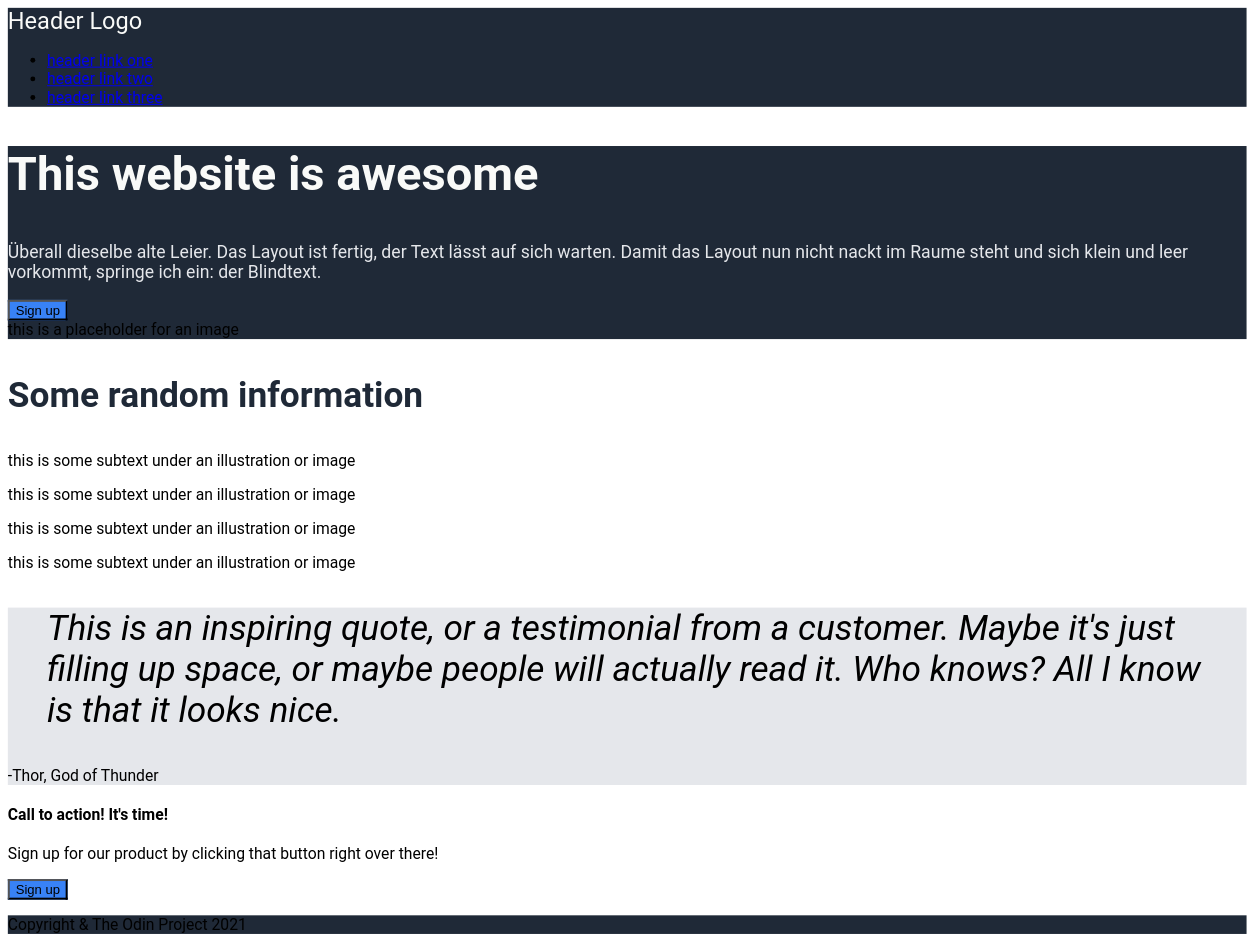
Repository: evemcd/odin_project
Page: odin-project2-landing-page/index.html
An editor plug-in stored every save of this project. The page is shown before and after the next save, followed by the edit.
The browser window is 1280 px wide. The pictures show the whole page, at 98% of full size.

Above is the page before, as saved 2022-02-08 09:13:16.

### odin-project2-landing-page/index.html
<!DOCTYPE html>
<html lang="en">
<head>
    <meta charset="UTF-8">
    <title>Odin Project 2 Landing Page</title>
    <link rel="stylesheet" href="style.css">
</head>
<body>
    <header>
        <span>Header Logo</span>
        <ul>
            <li><a href="#">header link one</a></li>
            <li><a href="#">header link two</a></li>
            <li><a href="#">header link three</a></li>
        </ul>
    </header>

    <div class="container1">
        <div>
            <h2>This website is awesome</h2>
            <p>Überall dieselbe alte Leier. Das Layout ist fertig, der Text lässt auf sich warten. Damit das Layout nun nicht nackt im Raume steht und sich klein und leer vorkommt, springe ich ein: der Blindtext.</p>
            <button>Sign up</button>
        </div>
        <div>
            <span>this is a placeholder for an image</span>
        </div>
    </div>

    <div class="container2">
        <h3>Some random information</h3>
        <div>
            <div>
                <div class="box"></div>
                <p>this is some subtext under an illustration or image</p>
            </div>
            <div>
                <div class="box"></div>
                <p>this is some subtext under an illustration or image</p>
            </div>
            <div>
                <div class="box"></div>
                <p>this is some subtext under an illustration or image</p>
            </div>
            <div>
                <div class="box"></div>
                <p>this is some subtext under an illustration or image</p>
            </div>
        </div>
    </div>

    <div class="container3">
        <blockquote>This is an inspiring quote, or a testimonial from a customer. Maybe it's just filling up space, or maybe people will actually read it. Who knows? All I know is that it looks nice.</blockquote>
        <span>-Thor, God of Thunder</span>
    </div>

    <div class="container4">
        <div>
            <div>
            <h4>Call to action! It's time!</h4>
            <p>Sign up for our product by clicking that button right over there!</p>
        </div>
        <button>Sign up</button>
        </div>
    </div>

    <footer>
        <p>Copyright &amp; The Odin Project 2021</p>
    </footer>
</body>
</html>

### odin-project2-landing-page/style.css
body {
    font-family: roboto, sans-serif;
}

header,
.container1,
footer {
    background-color: #1F2937;
}

.container2,
.container4 {
    background-color: white;
}

.container3 {
    background-color: #E5E7EB;
}

header>span {
    font-size: 24px;
    color: #F9FAF8;
}

.container1 h2 {
    font-size: 48px;
    font-weight: extra-bold;
    color: #F9FAF8;
}

.container1 p {
    font-size: 18px;
    color: #E5E7EB;
}

button {
    background-color: #3882F6;
}

.container2 h3 {
    font-size: 36px;
    font-weight: extra-bold;
    color: #1F2937;
}

blockquote {
    font-size: 36px;
    font-weight: light;
    font-style: italic;
}

After the next save:
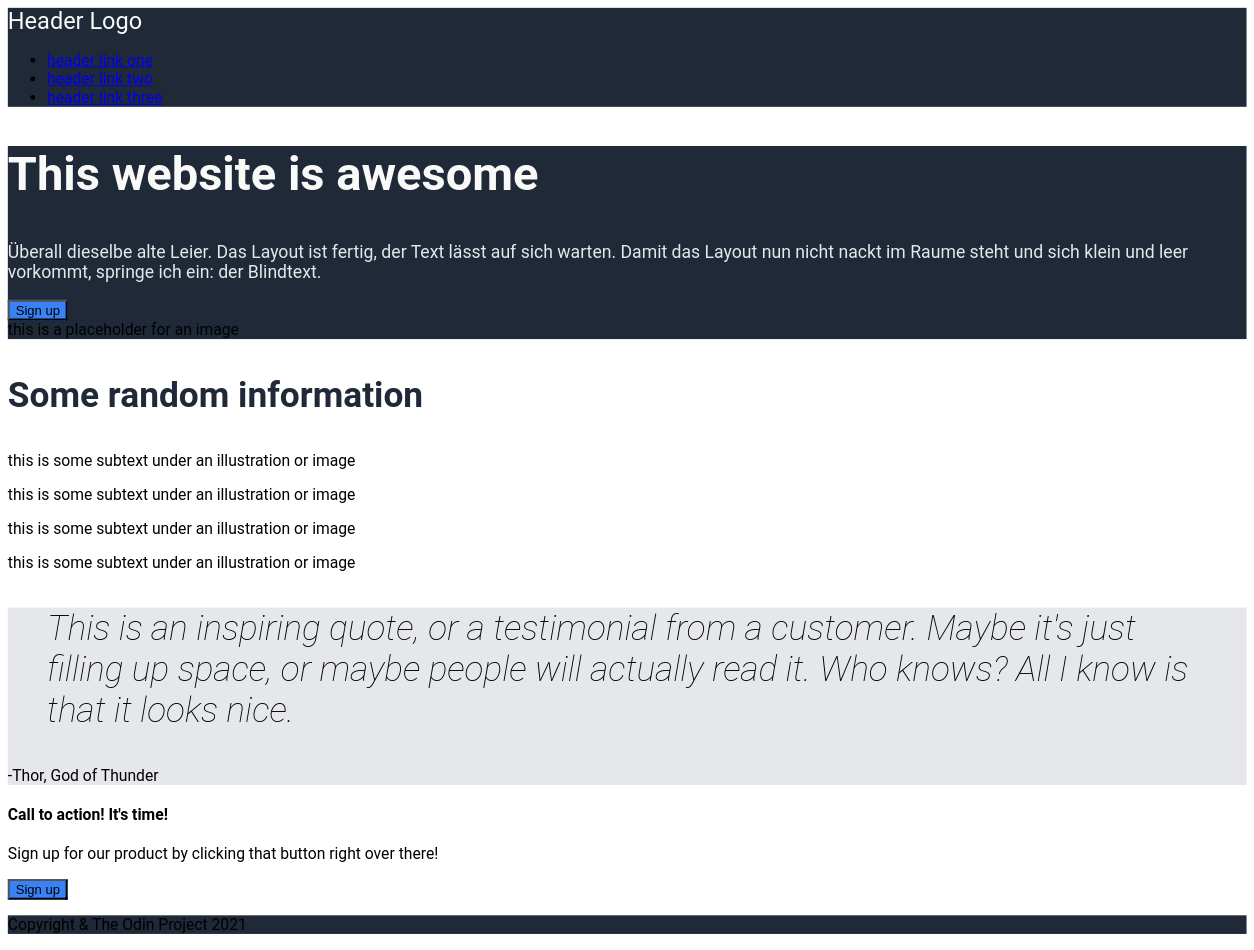
Saved 15 s later.
--- a/odin-project2-landing-page/style.css
+++ b/odin-project2-landing-page/style.css
@@ -45,6 +45,6 @@ button {
 
 blockquote {
     font-size: 36px;
-    font-weight: light;
+    font-weight: lighter;
     font-style: italic;
 }
